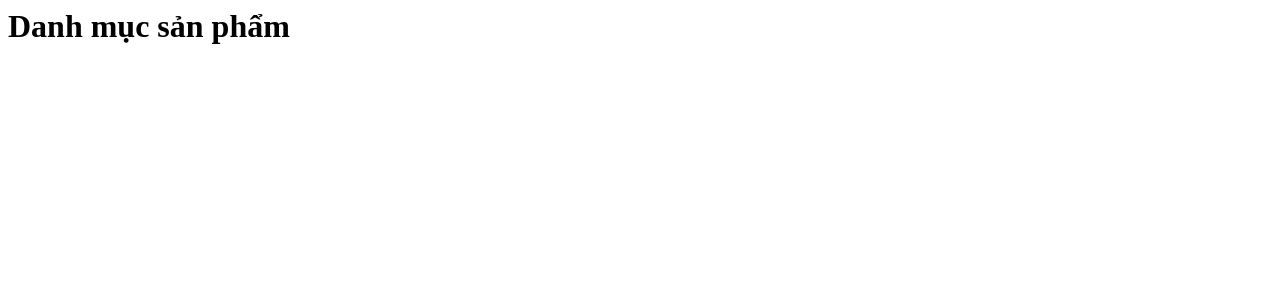
Repository: anhtu2110/backend
Page: http://localhost/unitop/section-17/system_advance/modules/product/main.php
An editor plug-in stored every save of this project. The page is shown before and after the next save, followed by the edit.
The browser window is 1280 px wide. The pictures show the whole page.
The page is run by PHP 8.4 with error messages shown; the project is at /var/www/html/.

Above is the page before, as saved 2022-11-20 09:43:19.

After the next save:
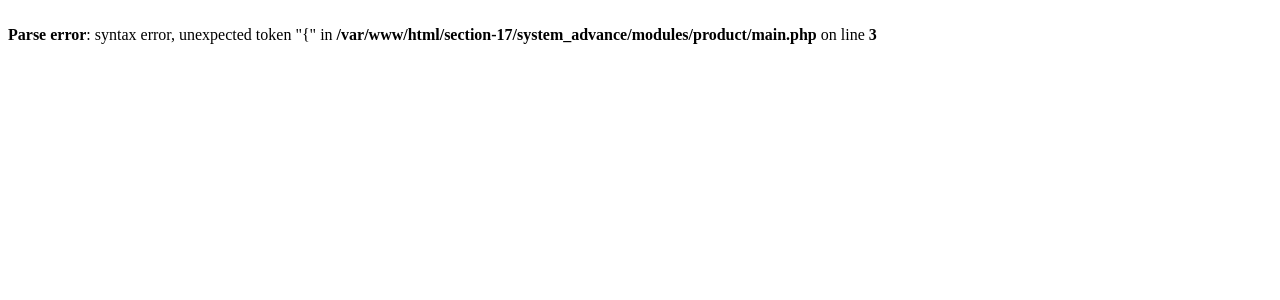
Saved 103 s later.
--- a/section-17/system_advance/modules/product/main.php
+++ b/section-17/system_advance/modules/product/main.php
@@ -1,3 +1,11 @@
+<?php
+$list_cat_product = array(
+    1 => {
+        'id' => 1,
+        'cat_title' => 'Điện thoại',
+    }
+);
+?>
 <div id="content">
     <h1>Danh mục sản phẩm</h1>
 </div>
